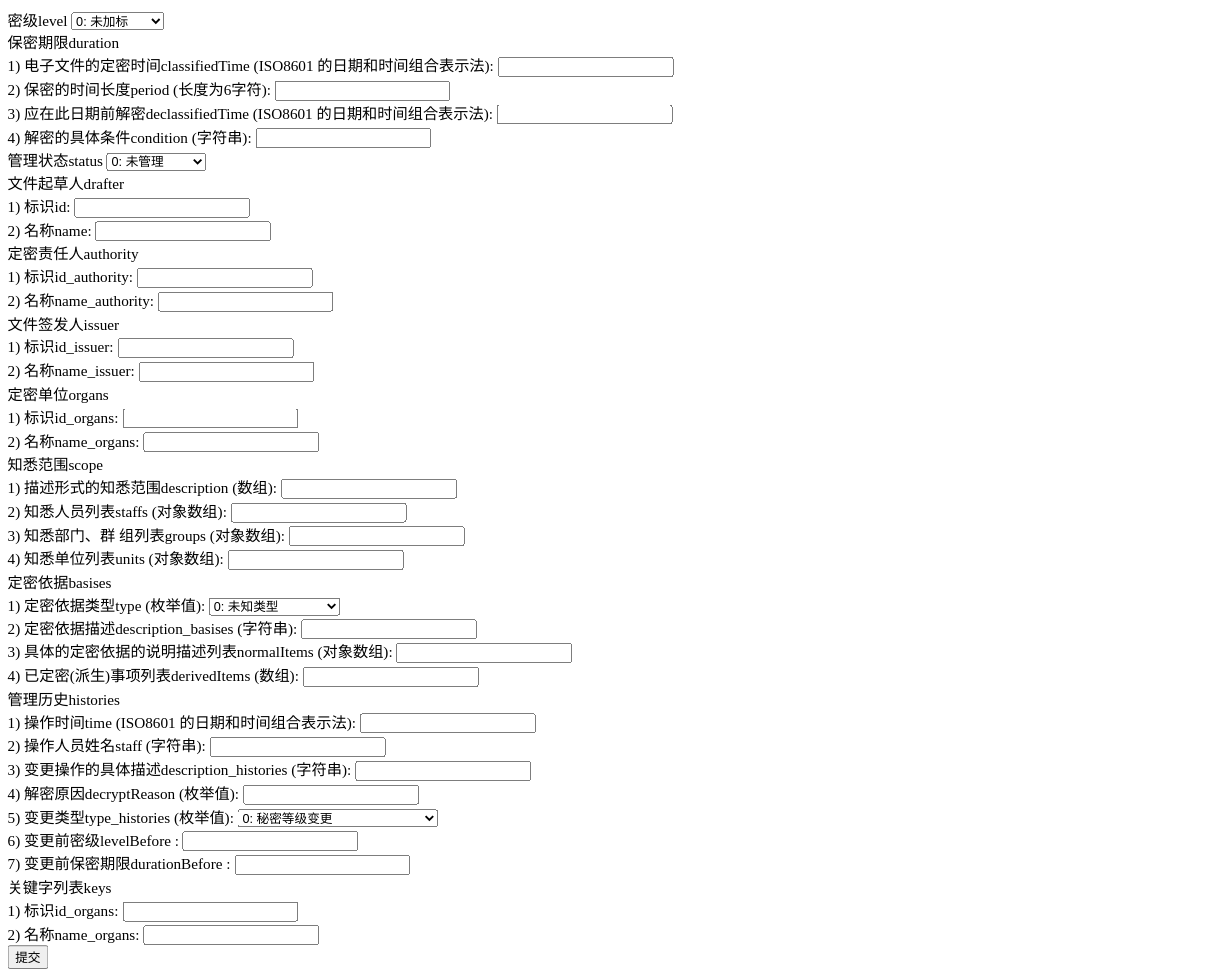
Repository: karlinglee93/eclipse-workspace
Page: jsp_test/WebContent/test.html
The author's editor kept a copy of each file at every save. The page is drawn from the files as they stood at one save, then again after the next save.
The browser window is 1280 px wide. The pictures show the whole page, at 95% of full size.

Above is the page before, as saved 2018-07-04 09:07:16.

After the next save:
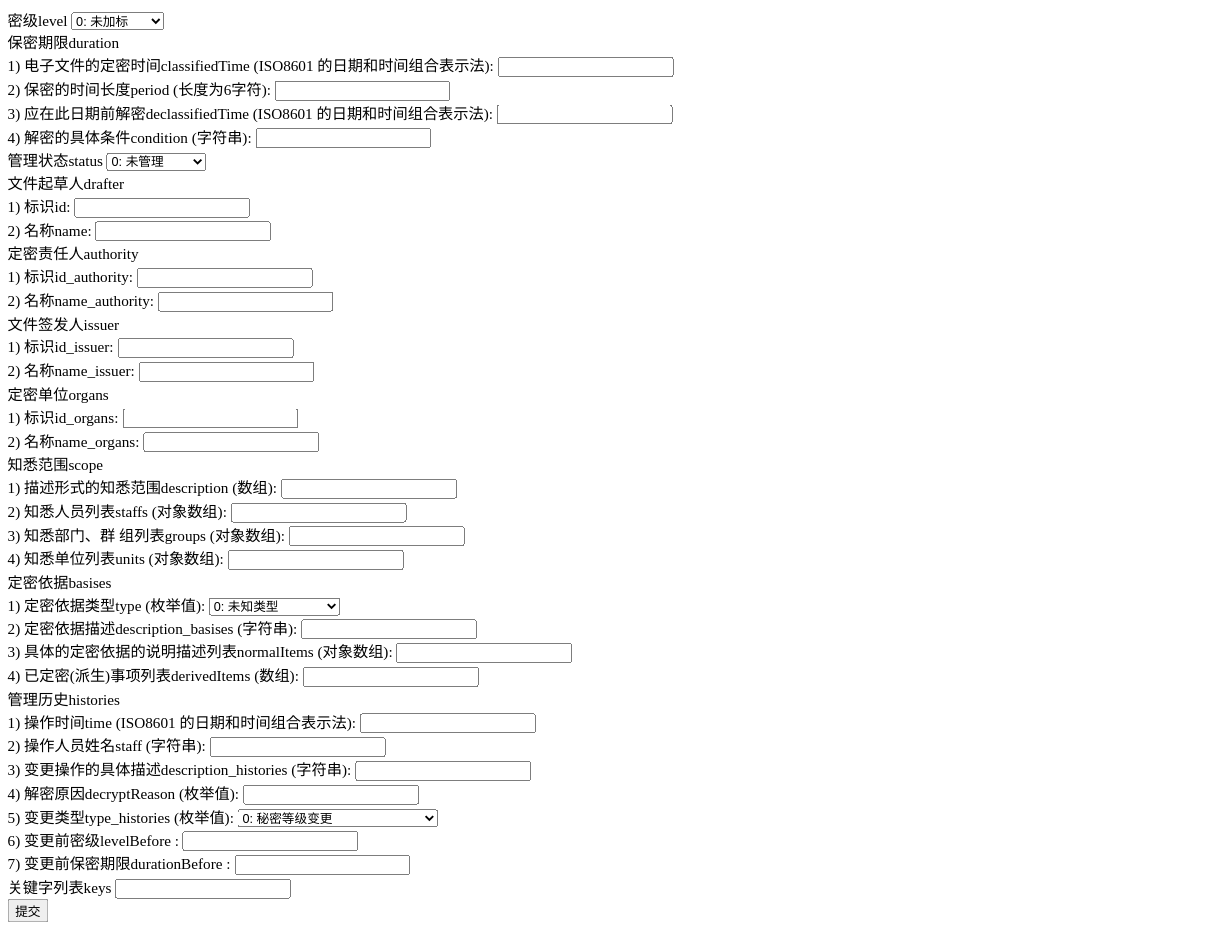
Saved 27 s later.
--- a/jsp_test/WebContent/test.html
+++ b/jsp_test/WebContent/test.html
@@ -165,13 +165,7 @@
 <br />
 
 关键字列表keys
-<!-- 对象数组 -->
-<br />
-1) 标识id_organs:
-<input type="text" name="id_organs" />
-<br />
-2) 名称name_organs:
-<input type="text" name="name_organs" />
+<input type="text" name="period">
 <br />
 
 <input type="submit" value="提交" />
